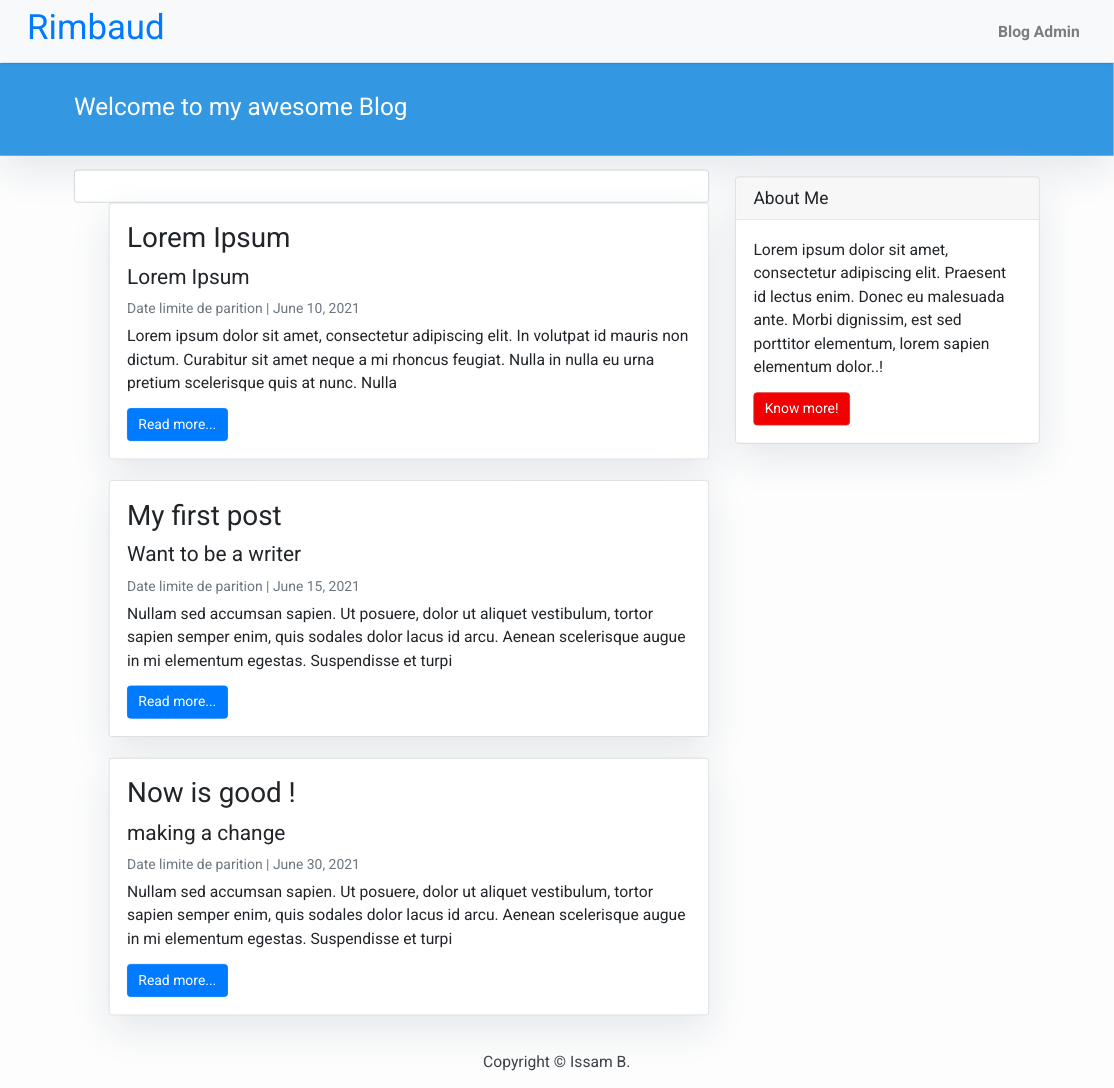
Repository: IssamBouzidi/rimbaud
Page: http://localhost/
An editor plug-in stored every save of this project. The page is shown before and after the next save, followed by the edit.
The browser window is 1280 px wide. The pictures show the whole page, at 87% of full size.
The page is served by the project's application, run on Django 3.2 (manage.py). Other server files are loaded and not shown. The page reads the database file committed with the project.

Above is the page before, as saved 2021-06-04 01:23:01.

### blog/templates/index.html
{% extends "base.html" %}
{% block content %}
<style>
    body {
        font-family: "Roboto", sans-serif;
        font-size: 18px;
        background-color: #fdfdfd;
    }

    .head_text {
        color: white;
    }

    .card {
        box-shadow: 0 16px 48px #E3E7EB;
    }

    #id_radio:checked~.title_box {
        display: none;
    }

    #title_radio:checked~.id_box {
        display: none;
    }
</style>
<header class="masthead">
    <div class="overlay"></div>
    <div class="container">
        <div class="row">
            <div class=" col-md-8 col-md-10">
                <div class="site-heading">
                    <h3 class=" site-heading my-4 mt-3 text-white"> Welcome to my awesome Blog </h3>
                    </p>
                </div>
            </div>
        </div>
    </div>
</header>
<div class="container">
    <!-- <span class="title_box">Rechercher par titre: </span> -->
    <!-- <input type="text" id="title_box" class="title_box search_box"> -->
    <div class="row">
        <!-- Blog Entries Column -->
        <div class="col-md-8 mt-3 left">
            <input type="text" class="form-control title_box search_box" id="title_box" aria-describedby="emailHelp">
            <div id="articles_block">
                {% include "detail_article.html" %}
            </div>
        </div>
        {% block sidebar %} {% include 'sidebar.html' %} {% endblock sidebar %}
    </div>
</div>
<script type="text/javascript">
    const search_boxes = document.getElementsByClassName('search_box')
    const block_list = document.getElementById('articles_block')
    console.log('pass');
    const inputHandler = function (e) {
        console.log('function');
        value = document.getElementById("title_box").value;

        console.log('value: ' + value)
        request = new Request(
            '/search_article/' + value
        );

        fetch(request)
            .then(res => {
                if (res.ok) {
                    console.log('ok')
                    return res.text();
                } else {
                    console.log('error')
                    return Promise.reject(res.status);
                }
            })
            .then(res => block_list.innerHTML = res)
            .catch(err => console.log(`Erreur avec le message : ${err}`));
    }

    Array.prototype.forEach.call(search_boxes, function (search_box) { search_box.addEventListener('input', inputHandler) });

</script>
{%endblock%}

### blog/templates/base.html
<!DOCTYPE html>
<html>

    <head>
        <title>Django Central</title>
        <link href="https://fonts.googleapis.com/css?family=Roboto:400,700" rel="stylesheet">
        <meta name="google" content="notranslate" />
        <meta name="viewport" content="width=device-width, initial-scale=1" />
        <link rel="stylesheet" href="https://maxcdn.bootstrapcdn.com/bootstrap/4.0.0/css/bootstrap.min.css" integrity="sha384-Gn5384xqQ1aoWXA+058RXPxPg6fy4IWvTNh0E263XmFcJlSAwiGgFAW/dAiS6JXm"
            crossorigin="anonymous" />
    </head>

    <body>
        <style>
            body {
            font-family: "Roboto", sans-serif;
            font-size: 17px;
            background-color: #fdfdfd;
        }
        .shadow {
            box-shadow: 0 4px 2px -2px rgba(0, 0, 0, 0.1);
        }
        .btn-danger {
            color: #fff;
            background-color: #f00000;
            border-color: #dc281e;
        }
        .masthead {
            background: #3398E1;
            height: auto;
            padding-bottom: 15px;
            box-shadow: 0 16px 48px #E3E7EB;
            padding-top: 10px;
        }
    </style>

    <!-- {% block title %}{% if subtitle %}{{ subtitle }} | {% endif %}{{ title }} | {{ site_title|default:_('Django site admin') }}{% endblock %} -->
        <!-- Navigation -->
        <nav class="navbar navbar-expand-lg navbar-light bg-light shadow" id="mainNav">
            <div class="container-fluid">
                {% block branding %}
                    <h1 id="site-name"><a href="#">Rimbaud</a></h1>
                {% endblock %}
                <button class="navbar-toggler navbar-toggler-right" type="button" data-toggle="collapse" data-target="#navbarResponsive"
                    aria-controls="navbarResponsive" aria-expanded="false" aria-label="Toggle navigation">
                    <span class="navbar-toggler-icon"></span>
                </button>
                <div class="collapse navbar-collapse" id="navbarResponsive">
                    <ul class="navbar-nav ml-auto">
                        <li class="nav-item text-black">
                            <a class="nav-link text-black font-weight-bold" href="{% url 'admin:index' %}">
                                {{ site_title|default:_('Blog Admin') }}
                            </a>
                        </li>
                    </ul>
                </div>
            </div>
        </nav>
        {% block content %}
        <!-- Content Goes here -->
        {% endblock content %}
        <!-- Footer -->
        <footer class="py-3 bg-grey">
            <p class="m-0 text-dark text-center ">Copyright &copy; Issam B.</p>
        </footer>
    </body>
</html>

### blog/templates/detail_article.html
<ul>
    {% for article in articles %}
    <div class="card mb-4">
        <div class="card-body">
            <h2 class="card-title">{{ article.title }}</h2>
            <h4 class="card-title">{{ article.description }}</h4>
            <p class="card-text text-muted h6">Date limite de parition | {{ article.visibility_date_limit}} </p>
            <p class="card-text">{{article.article|slice:":200" }}</p>
            <a href="/article/{{ article.id }}" class="btn btn-primary">Read more...</a>
        </div>
    </div>
    {% endfor %}
</ul>

### blog/templates/sidebar.html
{% block sidebar %}

<style>
        .card{
            box-shadow: 0 16px 48px #E3E7EB;
        }

</style>

<!-- Sidebar Widgets Column -->
<div class="col-md-4 float-right ">
<div class="card my-4">
        <h5 class="card-header">About Me</h5>
    <div class="card-body">
        <p class="card-text"> Lorem ipsum dolor sit amet, consectetur adipiscing elit. Praesent id lectus enim. Donec eu malesuada ante. Morbi dignissim, est sed porttitor elementum, lorem sapien elementum dolor..!</p>
        <a href="#" class="btn btn-danger">Know more!</a>
    </div>
</div>
</div>

{% endblock sidebar %}

### blog/models.py
from django.db import models


class Article(models.Model):
    title = models.CharField("Titre", max_length=25)
    description = models.CharField("Déscription", max_length=50)
    article = models.TextField("Article", max_length=1000)
    visibility_date_limit = models.DateField("Date limite de parution")
    visible_only_by_admin = models.BooleanField("Article visible par l'administrateur uniquement", default=True)

### blog/views.py
from django.shortcuts import render
from django.http import HttpResponse
from blog.models import Article
from django.db.models.query import QuerySet
import datetime


def get_all(request):
    query = __find_articles_query(request.user.is_superuser)
    articles_list = {"articles": query}
#    return render(request, "all.html", articles_list)
    return render(request, "index.html", articles_list)



def get_article(request, id: str):
    print(f'id: {id.__class__.__name__}')
    query = (__find_articles_query(request.user.is_superuser).filter(id=id).first())
    article = {"article": query}
    return render(request, "article.html", article)


def search_article(request, title: str = None):
    if title is None:
        query = __find_articles_query(request.user.is_superuser)
    else:
        query = __find_articles_query(request.user.is_superuser).filter(
            title__icontains=title
        )

    articles_list = {"articles": query}
    return render(request, "detail_article.html", articles_list)


def __find_articles_query(is_admin: bool = False) -> QuerySet:
    articles = Article.objects.exclude(
        visibility_date_limit__lt=datetime.datetime.now(),
    ).order_by("id")

    if not is_admin:
        articles = articles.exclude(
            visible_only_by_admin=True,
        )

    return articles

### rimbaud/urls.py
"""rimbaud URL Configuration

The `urlpatterns` list routes URLs to views. For more information please see:
    https://docs.djangoproject.com/en/3.1/topics/http/urls/
Examples:
Function views
    1. Add an import:  from my_app import views
    2. Add a URL to urlpatterns:  path('', views.home, name='home')
Class-based views
    1. Add an import:  from other_app.views import Home
    2. Add a URL to urlpatterns:  path('', Home.as_view(), name='home')
Including another URLconf
    1. Import the include() function: from django.urls import include, path
    2. Add a URL to urlpatterns:  path('blog/', include('blog.urls'))
"""
from django.contrib import admin
from django.urls import include, path

urlpatterns = [
    path('admin/', admin.site.urls),
    path('', include('blog.urls'))
]

### blog/urls.py
from django.urls import path

from . import views

urlpatterns = [
    path("", views.get_all),
    path("article/<str:id>", views.get_article),
    path("search_article/", views.search_article),
    path("search_article/<str:title>", views.search_article)
]

### db.sqlite3 (the tables this page reads, as SQL)
CREATE TABLE "blog_article" ("id" integer NOT NULL PRIMARY KEY AUTOINCREMENT, "title" varchar(25) NOT NULL, "description" varchar(50) NOT NULL, "article" text NOT NULL, "visible_only_by_admin" bool NOT NULL, "visibility_date_limit" date NOT NULL);
INSERT INTO "blog_article" VALUES
(1, 'Lorem Ipsum', 'Lorem Ipsum', 'Lorem ipsum dolor sit amet, consectetur adipiscing elit. In volutpat id mauris non dictum. Curabitur sit amet neque a mi rhoncus feugiat. Nulla in nulla eu urna pretium scelerisque quis at nunc. Nulla leo purus, blandit a porta in, auctor ac ante. Praesent suscipit turpis volutpat velit suscipit maximus. Donec eget tincidunt lacus, sed ultrices diam. Vestibulum tellus nisl, pellentesque suscipit ornare rhoncus, accumsan eu elit. Aliquam erat volutpat. Vivamus dictum nibh ut sem molestie, et maximus sapien vestibulum. Pellentesque faucibus porta leo.

Vivamus feugiat enim dui, id ultricies dui vulputate et. Nam vulputate erat nisi, sed interdum nibh convallis ut. Morbi vitae quam quis mi mollis luctus ut in arcu. Nam vel enim ac mauris pulvinar dignissim quis at augue. Phasellus in nisi justo. Maecenas condimentum efficitur justo vel ultricies. Vivamus commodo, arcu non cursus congue, nisi magna ultricies magna, vel consequat tortor leo vel nunc.', 0, '2021-06-10'),
(2, 'My first post', 'Want to be a writer', 'Nullam sed accumsan sapien. Ut posuere, dolor ut aliquet vestibulum, tortor sapien semper enim, quis sodales dolor lacus id arcu. Aenean scelerisque augue in mi elementum egestas. Suspendisse et turpis et nibh pretium ultricies venenatis nec urna. Mauris eget congue enim. Nulla condimentum ex quis suscipit gravida. Praesent tristique massa ac dignissim commodo. Fusce purus tellus, mattis nec bibendum nec, maximus sed risus. Morbi consequat pellentesque erat et blandit. Interdum et malesuada fames ac ante ipsum primis in faucibus. Donec imperdiet nisl sit amet nibh ornare, dapibus sodales ligula finibus. Curabitur sagittis faucibus tempus. In ante nulla, aliquam bibendum quam eget, accumsan semper urna.

Sed euismod libero ut fermentum finibus. Donec vulputate varius tortor, id dapibus ex rutrum sed. Vestibulum sed odio lacus. Integer commodo lacus vel ex congue rhoncus in non erat. Maecenas efficitur interdum tincidunt. Vivamus semper, leo at lacinia sodales, sapien tortor egestas', 0, '2021-06-15'),
(3, 'Now is good !', 'making a change', 'Nullam sed accumsan sapien. Ut posuere, dolor ut aliquet vestibulum, tortor sapien semper enim, quis sodales dolor lacus id arcu. Aenean scelerisque augue in mi elementum egestas. Suspendisse et turpis et nibh pretium ultricies venenatis nec urna. Mauris eget congue enim. Nulla condimentum ex quis suscipit gravida. Praesent tristique massa ac dignissim commodo. Fusce purus tellus, mattis nec bibendum nec, maximus sed risus. Morbi consequat pellentesque erat et blandit. Interdum et malesuada fames ac ante ipsum primis in faucibus. Donec imperdiet nisl sit amet nibh ornare, dapibus sodales ligula finibus. Curabitur sagittis faucibus tempus. In ante nulla, aliquam bibendum quam eget, accumsan semper urna.

Sed euismod libero ut fermentum finibus. Donec vulputate varius tortor, id dapibus ex rutrum sed. Vestibulum sed odio lacus. Integer commodo lacus vel ex congue rhoncus in non erat. Maecenas efficitur interdum tincidunt. Vivamus semper, leo at lacinia sodales, sapien tortor egestas', 0, '2021-06-30');

After the next save:
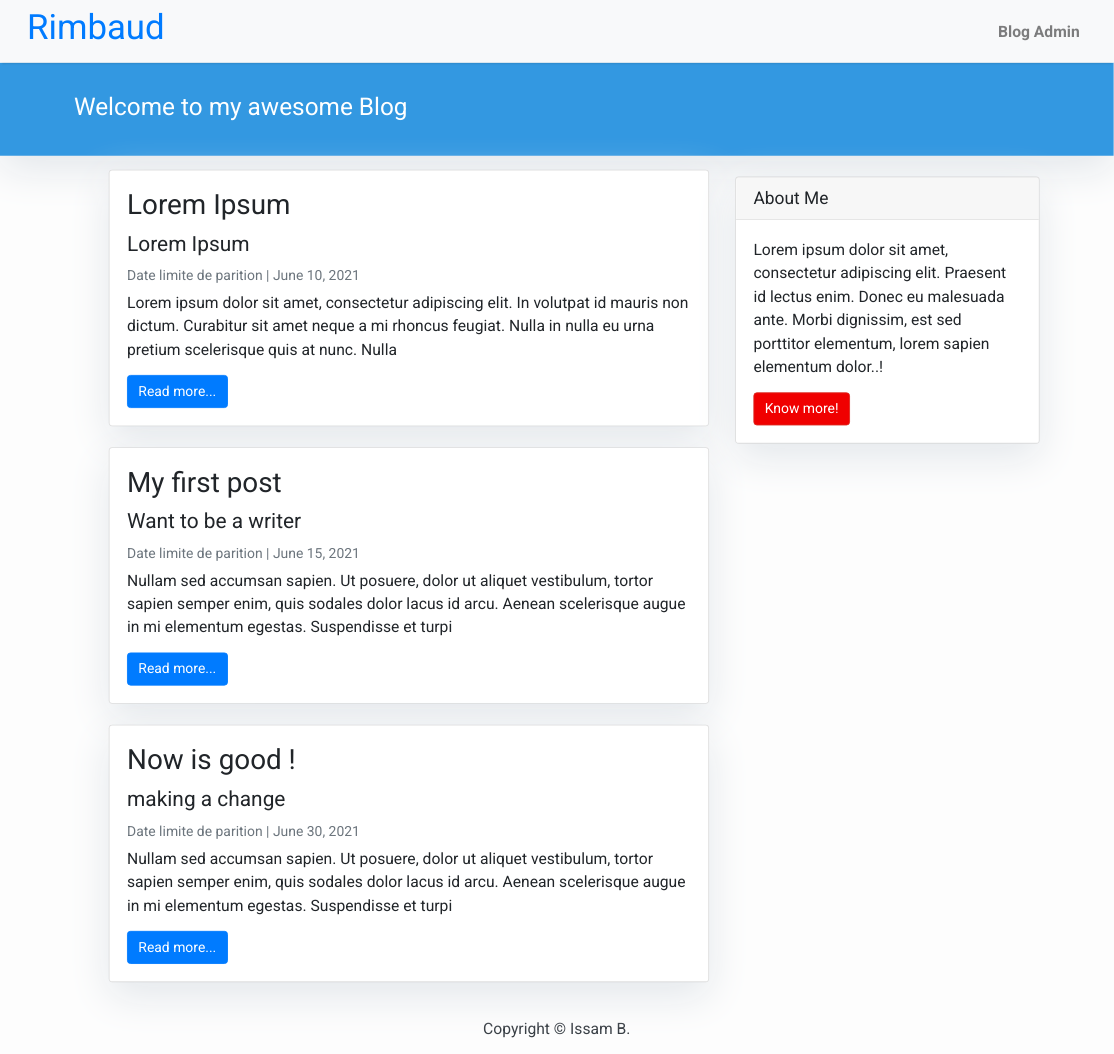
Saved 4 min 38 s later.
--- a/blog/templates/index.html
+++ b/blog/templates/index.html
@@ -42,7 +42,6 @@
     <div class="row">
         <!-- Blog Entries Column -->
         <div class="col-md-8 mt-3 left">
-            <input type="text" class="form-control title_box search_box" id="title_box" aria-describedby="emailHelp">
             <div id="articles_block">
                 {% include "detail_article.html" %}
             </div>

After the save that followed:
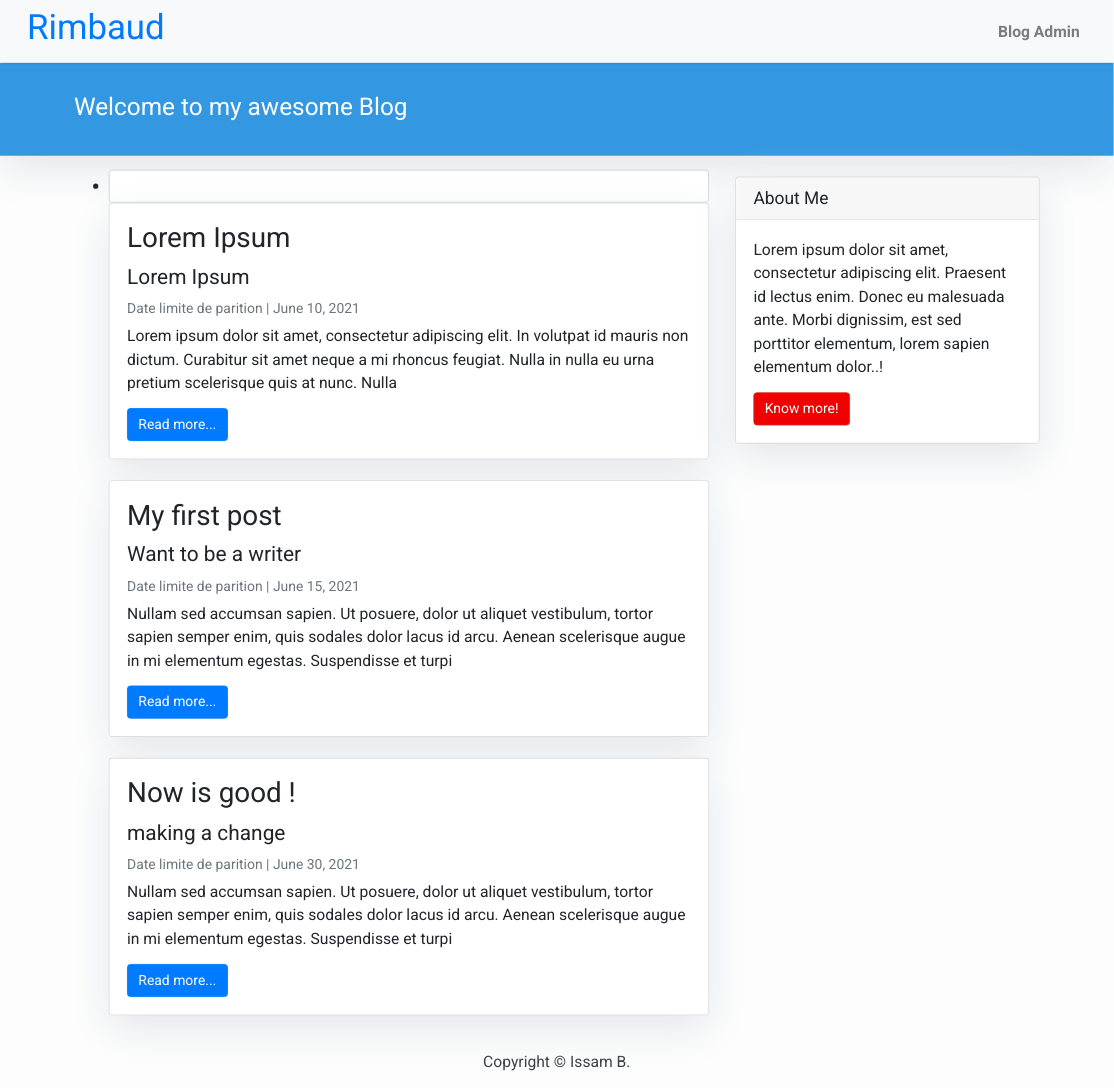
Saved 9 s later.
--- a/blog/templates/detail_article.html
+++ b/blog/templates/detail_article.html
@@ -1,4 +1,5 @@
 <ul>
+    <li><input type="text" class="form-control title_box search_box" id="title_box" aria-describedby="emailHelp"></li>
     {% for article in articles %}
     <div class="card mb-4">
         <div class="card-body">
